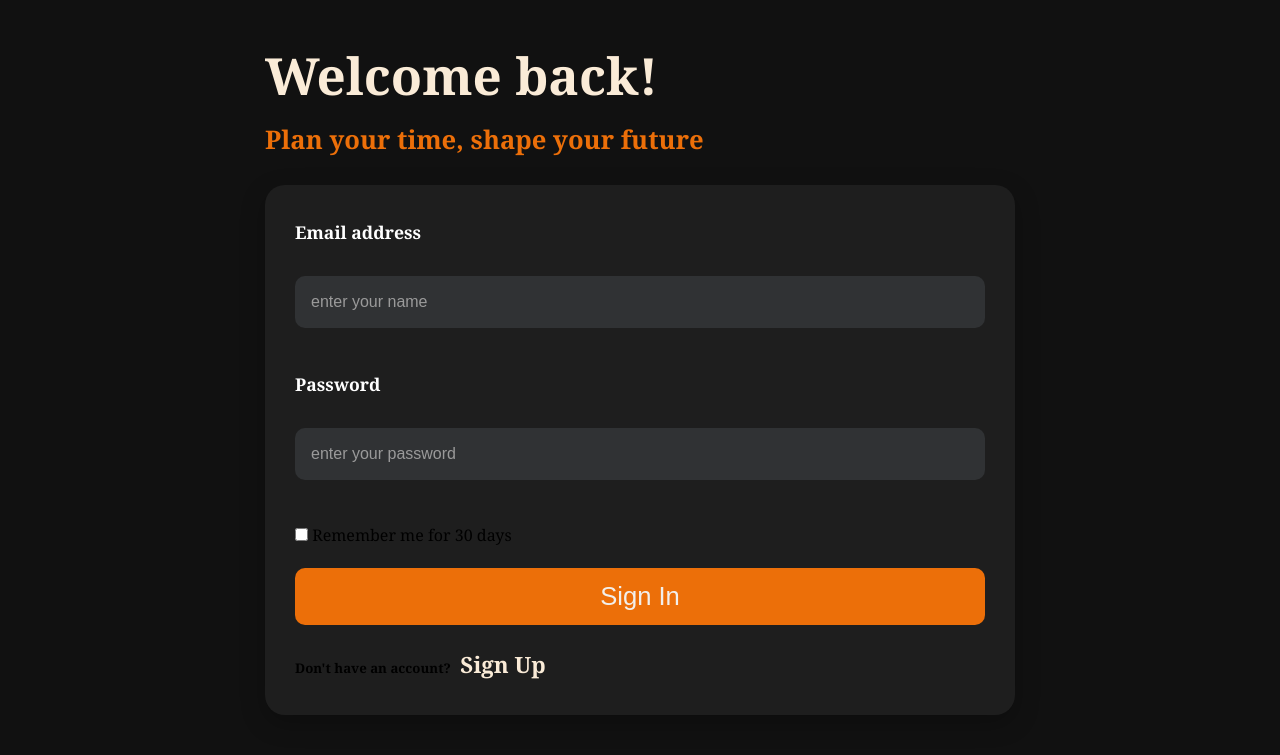
Repository: HaifaBaderBinDuhaim/web
Page: Frontend/logIn.html
An editor plug-in stored every save of this project. The page is shown before and after the next save, followed by the edit.
The browser window is 1280 px wide. The pictures show the whole page.

Above is the page before, as saved 2026-04-07 03:13:18.

After the next save:
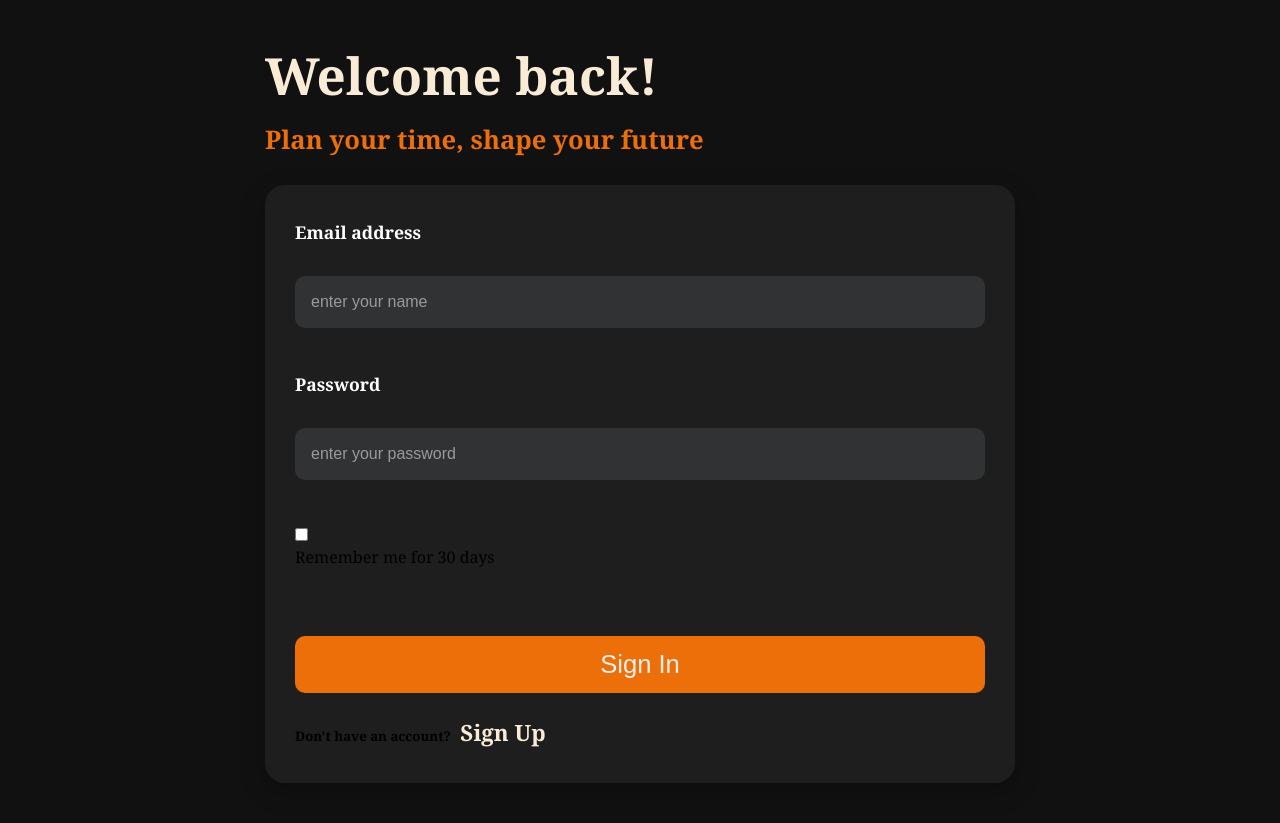
Saved 2 min 4 s later.
--- a/Frontend/logIn.html
+++ b/Frontend/logIn.html
@@ -32,7 +32,8 @@
           /><br />
           <br />
           <input type="checkbox" id="reminder" />
-          <lable for="reminder">Remember me for 30 days</lable><br />
+          <lable for="reminder" class="check-row">Remember me for 30 days</lable
+          ><br />
           <br />
           <button type="button" class="button" onclick="goToPage()">
             Sign In
